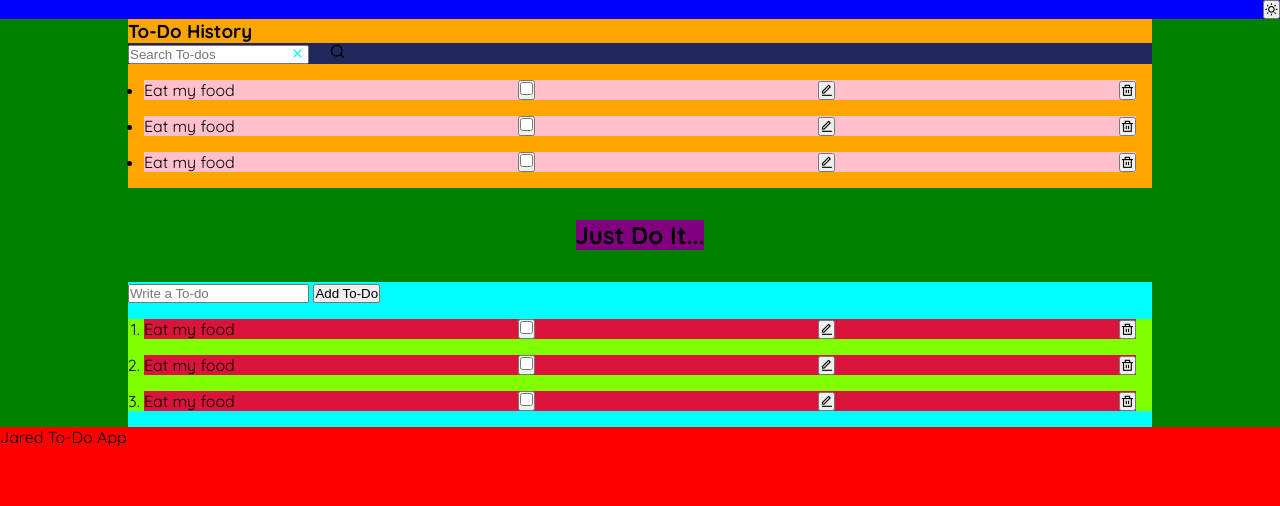
Repository: EguJaredoBoyd/Jared-ToDo-App
Page: main.html
These files come from the project's save history. The page is drawn as it stood at one moment and after the next save; the edit follows.
The browser window is 1280 px wide. The pictures show the whole page.
Some web libraries are served in a nearby version.

Above is the page before, as saved 2025-12-23 17:55:08.
Not found: js/to-do.j

After the next save:
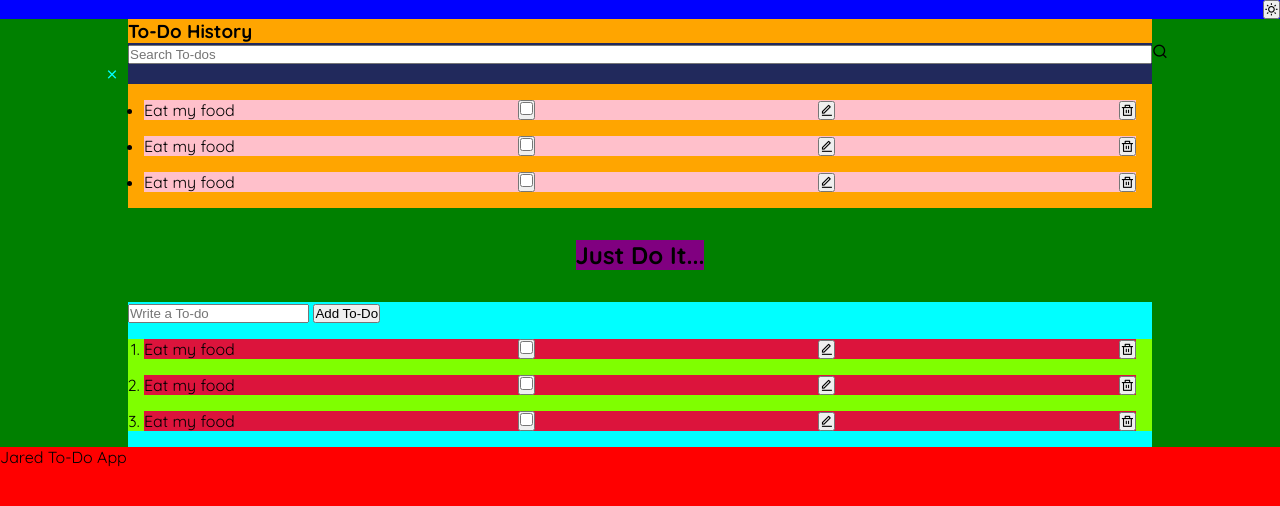
Saved 2 min 51 s later.
--- a/css/main.css
+++ b/css/main.css
@@ -57,6 +57,10 @@
   background-color: #21295c;
 }
 
+.todo-history__icon div input {
+  width: 80vw;
+}
+
 .ri-close-line {
   position: relative;
   right: 1.5rem;

After the 3 saves that followed:
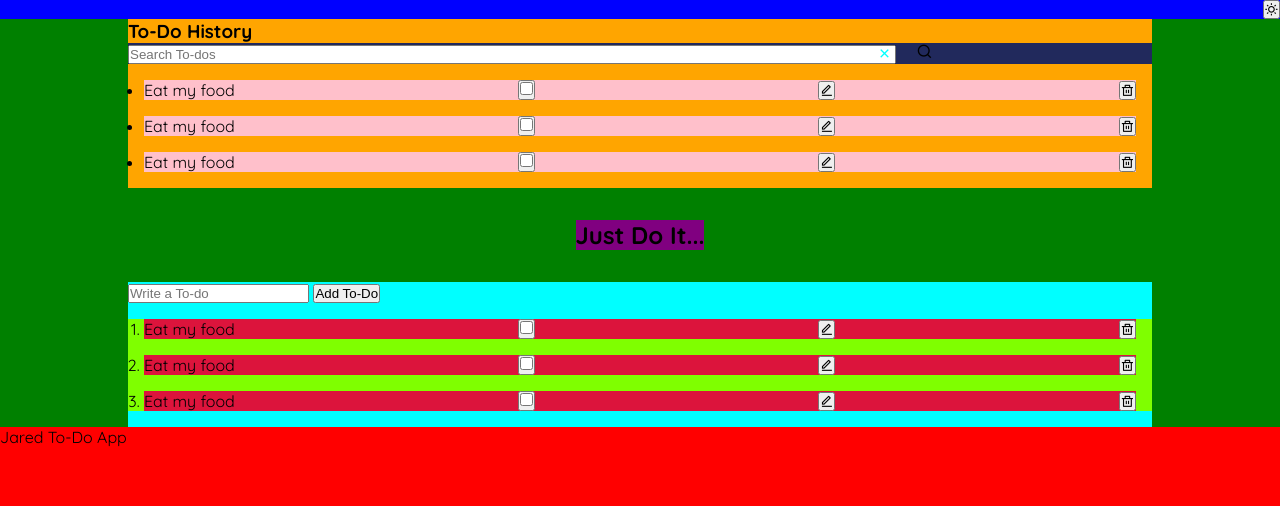
The 3 saves are shown as one change because 2 left the picture as it was.
The last was saved 44 s later.
--- a/css/main.css
+++ b/css/main.css
@@ -58,7 +58,7 @@
 }
 
 .todo-history__icon div input {
-  width: 80vw;
+  width: 60vw;
 }
 
 .ri-close-line {
